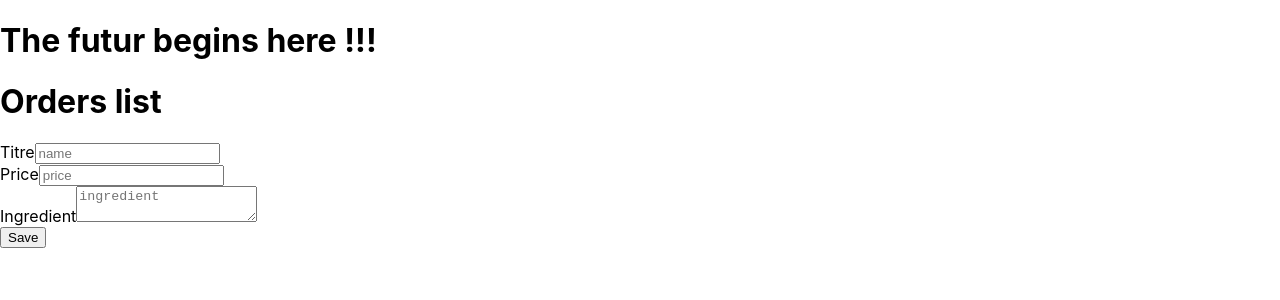
Repository: FS-23/react-navigation
Page: /
These files come from the project's save history. The page is drawn as it stood at one moment and after the next save; the edit follows.
The browser window is 1280 px wide. The pictures show the whole page.
The project was rebuilt for these pictures with package versions that can differ from the ones it lists, and the page was loaded fresh each time. Also part of the build but not shown: src/components/OderDetail.js.

Above is the page before, as saved 2022-05-06 14:57:11.

After the next save:
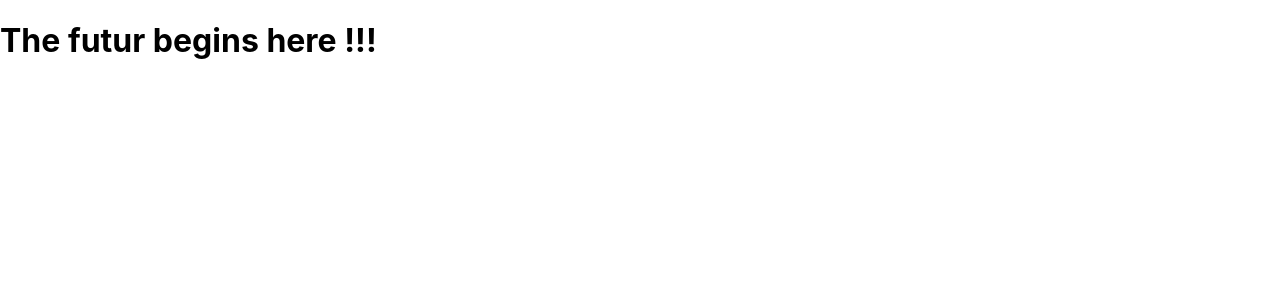
Saved 2 min 8 s later.
--- a/src/App.js
+++ b/src/App.js
@@ -9,11 +9,10 @@
 function App() {
   return (
     <BrowserRouter>
-         <div className="App">
-            <Home />
-            <OrderList />
-            <EditOrder />
-        </div>
+        <Routes>
+             <Route path="/" element={ <Home />} ></Route>
+        </Routes>
+
     </BrowserRouter>
 
   );
